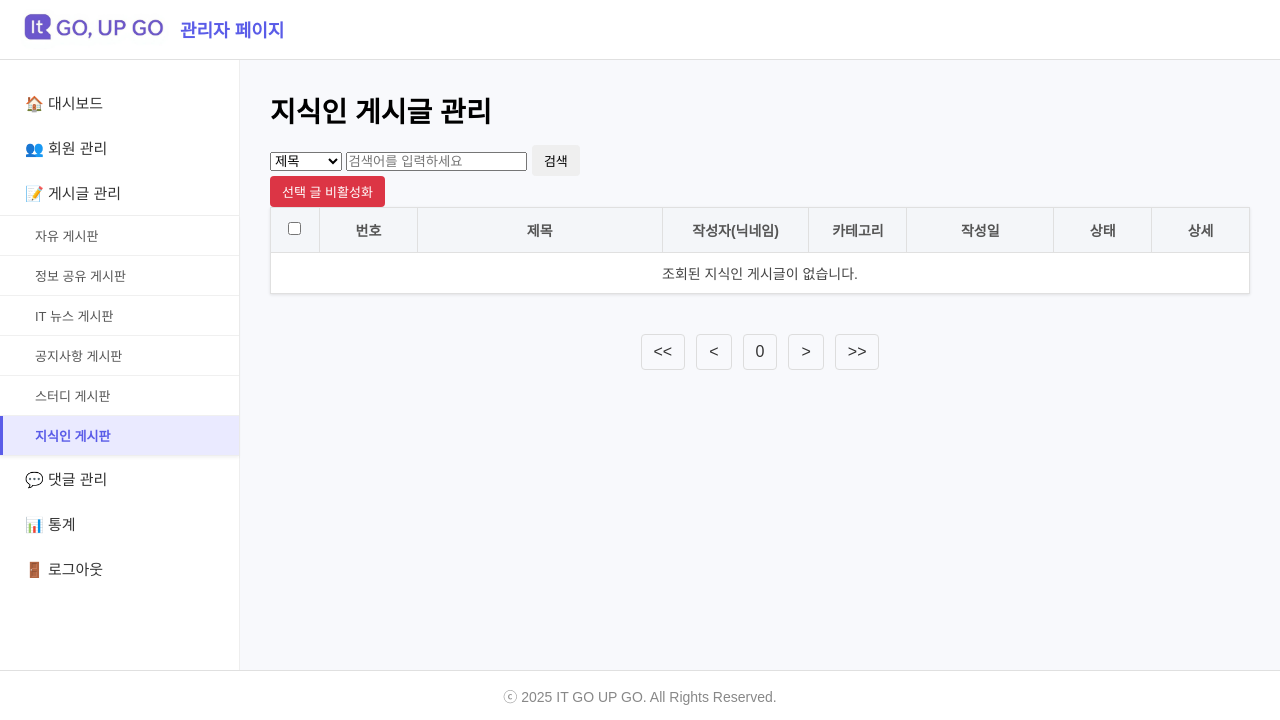
Repository: virtue5321/itgoupgo
Page: http://localhost/ITGOUPGO/WEB-INF/views/admin/knowledgeBbsManage.jsp
These files come from the project's save history. The page is drawn as it stood at one moment and after the next save; the edit follows.
The browser window is 1280 px wide. The pictures show the whole page.
The page is served by Tomcat 10. Nobody is signed in. Other server files are loaded and not shown. The template is opened directly, without the code that normally fills it, so the values that code supplies are empty.

Above is the page before, as saved 2025-10-31 04:49:17.

### ITGOUPGO/src/main/webapp/WEB-INF/views/admin/knowledgeBbsManage.jsp
<%@ page language="java" contentType="text/html; charset=UTF-8" pageEncoding="UTF-8"%>
<%@ taglib prefix="c" uri="jakarta.tags.core" %>
<%@ taglib prefix="fmt" uri="http://java.sun.com/jsp/jstl/fmt" %>

<!DOCTYPE html>

<html lang="ko">
<head>
    <meta charset="UTF-8">
    <title>관리자 - 지식인 게시판 관리</title>
    <link rel="stylesheet" href="<c:url value="/resources/css/adminStyle.css" />">
    <style>
        /* 💡 스타일은 noticeManage.jsp와 동일합니다 */
        .pagination-container {
            display: flex;
            justify-content: center;
            padding: 20px 0;
            gap: 5px;
        }
        .pagination-container a, .pagination-container span {
            padding: 8px 12px;
            text-decoration: none;
            color: #333;
            border: 1px solid #ddd;
            border-radius: 4px;
            transition: background-color 0.3s;
        }
        .pagination-container a:hover {
            background-color: #f0f0f0;
        }
        .pagination-container .active {
            background-color: #5a5ce8;
            color: white;
            border-color: #5a5ce8;
        }
        .status-text.deleted {
            color: red;
            font-weight: bold;
        }
        /* [추가] 삭제된 게시글 행 스타일 */
        .deleted-post {
            background-color: #f8f8f8;
            color: #999;
        }
        .deleted-post a, .deleted-post .status-text {
            color: #999 !important;
        }
    </style>
</head>
<body>

    <header>
        <div class="logo">
            <img src="<c:url value="/resources/images/logo1.PNG" />" width="80">
            관리자 페이지
        </div>
    </header>

    <div class="layout">
        <%-- ✅ 사이드바 --%>
        <aside class="sidebar">
            <ul>
                <li><a href="<c:url value="/admin/dashboard" />">🏠 대시보드</a></li>
                <li><a href="<c:url value="/admin/member" />">👥 회원 관리</a></li>

                <li id="postManageMenu" class="menu-open">
                    <a href="javascript:void(0);" onclick="toggleSubmenu('postManageMenu')">📝 게시글 관리</a>

                    <ul class="submenu">
                        <li><a href="<c:url value="/admin/freeBbsManage" />">자유 게시판</a></li>
                        <li><a href="<c:url value="/admin/infoBbsManage" />">정보 공유 게시판</a></li>
                        <li><a href="<c:url value="/admin/itBbsManage" />">IT 뉴스 게시판</a></li>
                        <li><a href="<c:url value="/admin/noticeBbsManage" />">공지사항 게시판</a></li>
		                <li><a href="<c:url value="/admin/studyBbsManage" />">스터디 게시판</a></li>
		                <%-- [수정] 현재 페이지 활성화 --%>
                        <li><a href="<c:url value="/admin/knowledgeBbsManage" />" class="sub-active">지식인 게시판</a></li>
                    </ul>
                </li>

                <li><a href="<c:url value="/admin/reply" />">💬 댓글 관리</a></li>
                <li><a href="<c:url value="/admin/stats" />">📊 통계</a></li>
                <li><a href="<c:url value="/admin/logout" />">🚪 로그아웃</a></li>
            </ul>
        </aside>

        <%-- ✅ 메인 컨텐츠 --%>
        <main>
            <h1 class="main-title">지식인 게시글 관리</h1>

            <div class="search-area">
                <form action="searchKnowledge" method="GET" onsubmit="return validateSearch(this);">
                    <select name="condition" class="search-select">
                        <option value="title">제목</option>
                        <option value="content">내용</option>
                        <option value="writer">작성자</option>
                        <option value="category">카테고리</option>
                    </select>
                    <input type="text" name="keyword" class="search-input" placeholder="검색어를 입력하세요">
                    <button type="submit" class="btn btn-search">검색</button>
                </form>
                <button class="btn btn-danger" onclick="deleteCheckedPosts()">선택 글 비활성화</button>
            </div>

            <form action="<c:url value="/admin/deleteKnowledgeBbsCheck" />" method="POST" id="postManageForm">
                <table class="data-table">
                    <thead>
                        <tr>
                            <th style="width: 5%;">
                                <input type="checkbox" id="selectAllCheckboxPost">
                            </th>
                            <th style="width: 10%;">번호</th>
                            <th>제목</th>
                            <th style="width: 15%;">작성자(닉네임)</th>
                            <th style="width: 10%;">카테고리</th>
                            <th style="width: 15%;">작성일</th>
                            <th style="width: 10%;">상태</th>
                            <th style="width: 10%;">상세</th>
                        </tr>
                    </thead>
                    <tbody>
                        <c:choose>
                            <c:when test="${!empty knowledgeBbsList}">
                                <c:forEach var="post" items="${knowledgeBbsList}">
                                    <tr class="${post.knowledgeDeleteStatus eq 'Y' ? 'deleted-post' : ''}">
                                        <td>
                                            <input type="checkbox" class="itemCheckboxPost" name="bbsNoList" value="${post.knowledgeNo}"
                                                   <c:if test="${post.knowledgeDeleteStatus eq 'Y'}">disabled</c:if>>
                                        </td>
                                        <td>${post.knowledgeNo}</td>
                                        <td class="text-left">
                                            <c:choose>
                                                <c:when test="${post.knowledgeDeleteStatus eq 'Y'}">
                                                    <span class="status-text deleted">[삭제됨]</span> ${post.knowledgeTitle}
                                                </c:when>
                                                <c:otherwise>
                                                    <a href="<c:url value="/knowledge/detail?no=${post.knowledgeNo}" />" class="title-link" target="_blank">
                                                        ${post.knowledgeTitle}
                                                    </a>
                                                </c:otherwise>
                                            </c:choose>
                                        </td>
                                        <td>${post.memberNick}</td>
                                        <td>${post.knowledgeCategory}</td>
                                        <td><fmt:formatDate value="${post.knowledgeCreateDate}" pattern="yyyy.MM.dd" /></td>
                                        <td>
                                            <span class="status-text ${post.knowledgeDeleteStatus eq 'Y' ? 'deleted' : 'active'}">
                                                ${post.knowledgeDeleteStatus eq 'Y' ? '[비활성]' : '[활성]'}
                                            </span>
                                        </td>
                                        <td>
                                            <button class="btn btn-sm btn-danger"
                                                    onclick="deleteSinglePost(${post.knowledgeNo})"
                                                    <c:if test="${post.knowledgeDeleteStatus eq 'Y'}">disabled</c:if>>
                                                삭제
                                            </button>
                                        </td>
                                    </tr>
                                </c:forEach>
                            </c:when>
                            <c:otherwise>
                                <tr>
                                    <td colspan="8">조회된 지식인 게시글이 없습니다.</td>
                                </tr>
                            </c:otherwise>
                        </c:choose>
                    </tbody>
                </table>
            </form>

            <div class="pagination-container">
                <c:set var="pi" value="${pageInfo}"/>
                <c:set var="pageLinkUrl" value="/admin/knowledgeBbsManage" />

                <c:choose><c:when test="${pi.currentPage le 1}"><span class="disabled">&lt;&lt;</span></c:when><c:otherwise><a href="<c:url value="${pageLinkUrl}" />?currentPage=1">&lt;&lt;</a></c:otherwise></c:choose>
                <c:choose><c:when test="${pi.currentPage le 1}"><span class="disabled">&lt;</span></c:when><c:otherwise><a href="<c:url value="${pageLinkUrl}" />?currentPage=${pi.currentPage - 1}">&lt;</a></c:otherwise></c:choose>

                <c:forEach begin="${pi.startPage}" end="${pi.endPage}" var="p">
                    <c:choose><c:when test="${pi.currentPage eq p}"><span class="active">${p}</span></c:when><c:otherwise><a href="<c:url value="${pageLinkUrl}" />?currentPage=${p}">${p}</a></c:otherwise></c:choose>
                </c:forEach>

                <c:choose><c:when test="${pi.currentPage eq pi.maxPage || pi.maxPage eq 0}"><span class="disabled">&gt;</span></c:when><c:otherwise><a href="<c:url value="${pageLinkUrl}" />?currentPage=${pi.currentPage + 1}">&gt;</a></c:otherwise></c:choose>
                <c:choose><c:when test="${pi.currentPage eq pi.maxPage || pi.maxPage eq 0}"><span class="disabled">&gt;&gt;</span></c:when><c:otherwise><a href="<c:url value="${pageLinkUrl}" />?currentPage=${pi.maxPage}">&gt;&gt;</a></c:otherwise></c:choose>
            </div>
        </main>
    </div>

    <footer>ⓒ 2025 IT GO UP GO. All Rights Reserved.</footer>

    <script>
        // 사이드바 토글 함수 (새로운 템플릿에 맞게 추가)
        function toggleSubmenu(menuId) {
            document.getElementById(menuId).classList.toggle('menu-open');
        }

        function validateSearch(form) {
            const keyword = form.keyword.value.trim();
            if (keyword === "") {
                alert("검색어를 입력해주세요.");
                return false;
            }
            return true;
        }

        function deleteCheckedPosts() {
            // 삭제되지 않은 (disabled가 아닌) 게시글의 체크박스만 선택
            const selectedCheckboxes = document.querySelectorAll('.itemCheckboxPost:checked:not(:disabled)');

            if (selectedCheckboxes.length === 0) {
                alert("삭제할 게시글을 하나 이상 선택해주세요. (이미 삭제된 게시글 제외)");
                return;
            }

            if (confirm(`선택된 게시글 ${selectedCheckboxes.length}개를 정말로 비활성화(삭제 처리)하시겠습니까?`)) {
                const formElement = document.getElementById('postManageForm');

                formElement.querySelectorAll('input[name="bbsNoList"]').forEach(input => input.remove());
                selectedCheckboxes.forEach(checkbox => {
                    const hiddenInput = document.createElement('input');
                    hiddenInput.type = 'hidden';
                    hiddenInput.name = 'bbsNoList'; // Controller의 @RequestParam 이름과 일치
                    hiddenInput.value = checkbox.value;
                    formElement.appendChild(hiddenInput);
                });
                formElement.submit();
            }
        }

        // 단일 게시글 삭제 함수
        function deleteSinglePost(knowledgeNo) {
            if (confirm(`${knowledgeNo}번 게시글을 정말 삭제(비활성화) 처리하시겠습니까?`)) {
                location.href = "<c:url value="/admin/deleteKnowledgeBbs" />?knowledgeNo=" + knowledgeNo;
            }
        }

        document.addEventListener('DOMContentLoaded', (event) => {
            const selectAllCheckbox = document.getElementById('selectAllCheckboxPost');
            // 삭제된 게시글 제외한 체크박스만 대상으로 함
            const itemCheckboxes = document.querySelectorAll('.itemCheckboxPost:not(:disabled)');

            if (selectAllCheckbox) {
                selectAllCheckbox.addEventListener('change', function() {
                    itemCheckboxes.forEach(checkbox => {
                        checkbox.checked = this.checked;
                    });
                });
            }

            itemCheckboxes.forEach(checkbox => {
                checkbox.addEventListener('change', () => {
                    const checkedItems = document.querySelectorAll('.itemCheckboxPost:checked:not(:disabled)').length;
                    const totalItems = itemCheckboxes.length;

                    if (!checkbox.checked) {
                        if (selectAllCheckbox) selectAllCheckbox.checked = false;
                    } else if (checkedItems === totalItems) {
                        if (selectAllCheckbox) selectAllCheckbox.checked = true;
                    }
                });
            });

            // 게시글 관리 메뉴 열린 상태 유지 (새로운 템플릿에 맞게 추가)

### ITGOUPGO/src/main/webapp/resources/css/adminStyle.css
* {
  margin: 0;
  padding: 0;
  box-sizing: border-box;
  font-family: "Noto Sans KR", sans-serif;
}

body {
  display: flex;
  flex-direction: column;
  height: 100vh;
  background-color: #f8f9fc;
}

/* -------------------- 1. 헤더 (로고 크기 조정 포함) -------------------- */
header {
  display: flex;
  align-items: center;
  justify-content: start;
  height: 60px;
  background-color: #ffffff;
  border-bottom: 1px solid #e0e0e0;
  padding: 0 20px;
}

header .logo {
  display: flex;
  align-items: center;
  gap: 10px;
  font-weight: 700;
  font-size: 18px;
  color: #5a5ce8;
}

header .logo img {
  width: 150px;
  height: auto;
  vertical-align: middle;
}

/* -------------------- 2. 레이아웃 및 사이드바 -------------------- */
.layout {
  flex: 1;
  display: flex;
  overflow: hidden;
}

/* 사이드바 */
aside.sidebar {
  width: 240px;
  background: #fff;
  border-right: 1px solid #eee;
  display: flex;
  flex-direction: column;
  align-items: center;
  padding-top: 20px;
}

.sidebar ul {
  list-style: none;
  width: 100%;
  padding: 0;
  margin: 0;
}

.sidebar li {
  width: 100%;
  text-align: left;
  position: relative;
}

.sidebar a {
  display: flex;
  align-items: center;
  gap: 10px;
  width: 100%;
  padding: 12px 25px;
  font-size: 15px;
  color: #333;
  text-decoration: none;
  cursor: pointer;
  transition: background 0.2s, color 0.2s;
}

/* 마우스 오버 시 효과 */
.sidebar a:hover {
  background-color: #f3f4f6;
  color: #5a5ce8;
}

/* 활성화된 항목 스타일 */
.sidebar a.active {
  background-color: #eaeaff;
  color: #5a5ce8;
  font-weight: 600;
}

/* -------------------- 3. 메인 콘텐츠 및 푸터 -------------------- */
main {
  flex: 1;
  padding: 30px;
  overflow-y: auto;
}

main h1 {
  font-size: 28px;
  font-weight: 700;
  margin-bottom: 15px;
}

/* 푸터 */
footer {
  height: 50px;
  background-color: #ffffff;
  border-top: 1px solid #e0e0e0;
  display: flex;
  align-items: center;
  justify-content: center;
  color: #888;
  font-size: 14px;
}


/* -------------------- 4. 테이블 및 버튼 스타일 -------------------- */
table {
    width: 100%;
    border-collapse: collapse;
    background: white;
    box-shadow: 0 1px 3px rgba(0,0,0,0.1);
}

table th {
    background-color: #f4f6f9;
    color: #555;
    font-weight: 600;
    padding: 12px 10px;
    border: 1px solid #e0e0e0;
    text-align: center;
    font-size: 14px;
}

table td {
    padding: 10px;
    border: 1px solid #e0e0e0;
    text-align: center;
    font-size: 14px;
    color: #444;
}

table tbody tr:nth-child(even) {
    background-color: #fcfdff;
}
table tbody tr:hover {
    background-color: #f0f7ff;
}

table td a {
    color: #5a5ce8;
    text-decoration: none;
}
table td a:hover {
    text-decoration: underline;
}

.btn {
    padding: 6px 12px;
    border-radius: 4px;
    cursor: pointer;
    font-size: 13px;
    font-weight: 500;
    border: none;
    transition: background-color 0.2s;
}

.btn-danger {
    background-color: #dc3545;
    color: white;
}
.btn-danger:hover {
    background-color: #c82333;
}

/* 페이지네이션 스타일 */
.pagination-container {
    margin-top: 20px;
    text-align: center;
}
.pagination-container a, .pagination-container span {
    display: inline-block;
    text-decoration: none;
    padding: 8px 12px;
    border: 1px solid #ccc;
    border-radius: 4px;
    margin: 0 3px;
    color: #5a5ce8;
}
.pagination-container .active {
    background: #5a5ce8;
    color: white;
    border-color: #5a5ce8;
    font-weight: 600;
}
.pagination-container a:hover:not(.active) {
    background-color: #f3f4f6;
}

/* -------------------- 5. 드롭다운 서브메뉴 스타일 (수정됨) -------------------- */

.submenu {
    list-style: none;
    padding-left: 0;
    margin: 0;
    max-height: 0;
    overflow: hidden;
    transition: max-height 0.3s ease-out;
    background-color: #FFFFFF; /* ✅ [수정] 배경색 흰색으로 변경 */
    border-top: 1px solid #eee; /* 드롭다운 시작 선 */
    border-bottom: 1px solid #eee; /* 드롭다운 끝 선 */
    box-shadow: 0 2px 3px rgba(0,0,0,0.05); /* 약간의 그림자 추가 */
}

.sidebar ul li.menu-open .submenu {
    max-height: 500px;
    transition: max-height 0.5s ease-in;
}

/* 서브 메뉴 li 항목에 하단 선 추가 */
.submenu li {
    border-bottom: 1px solid #f0f0f0; /* ✅ [추가] 각 항목 구분선 */
}
.submenu li:last-child {
    border-bottom: none; /* 마지막 항목의 구분선 제거 */
}


.submenu a {
    padding: 10px 25px 10px 35px;
    font-size: 13px; /* ✅ [수정] 글자 크기 작게 변경 */
    color: #555; /* 글자색은 진한 회색으로 변경 */
    gap: 0;
}

.submenu a:hover {
    color: #5a5ce8; /* 호버 시 메인 강조색 */
    background-color: #f3f4f6; /* 메인 메뉴 호버색과 통일 */
}

/* 활성화된 서브 메뉴 링크: 메인 활성화 색상과 동일한 원리로 설정 */
.submenu a.sub-active {
    color: #5a5ce8;
    font-weight: 600;
    background-color: #eaeaff; /* 메인 활성화 배경색과 통일 */
    border-left: 3px solid #5a5ce8; /* 강조를 위한 왼쪽 선 추가 */
    padding-left: 32px; /* 왼쪽 선 추가로 인해 들여쓰기 조정 */
}

After the next save:
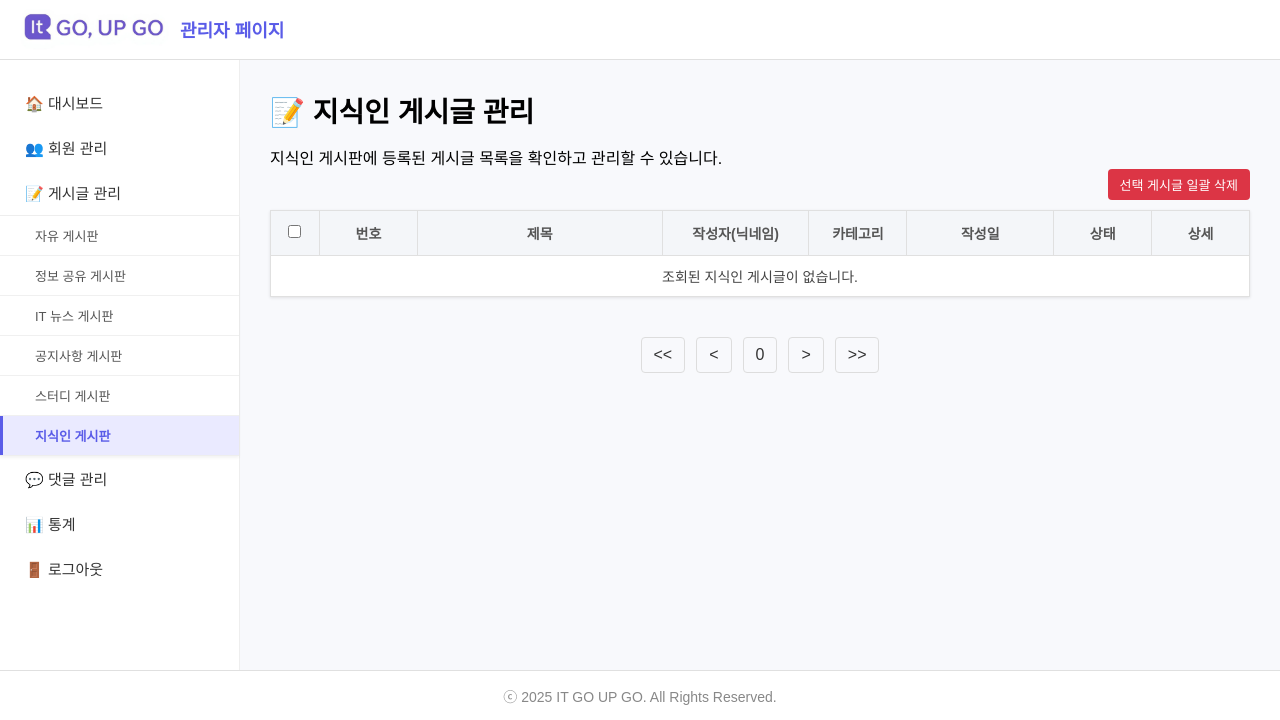
Saved 10 s later.
--- a/ITGOUPGO/src/main/webapp/WEB-INF/views/admin/knowledgeBbsManage.jsp
+++ b/ITGOUPGO/src/main/webapp/WEB-INF/views/admin/knowledgeBbsManage.jsp
@@ -57,7 +57,7 @@
     </header>
 
     <div class="layout">
-        <%-- ✅ 사이드바 --%>
+        <%-- ✅ 사이드바: 지식인 게시판 활성화 --%>
         <aside class="sidebar">
             <ul>
                 <li><a href="<c:url value="/admin/dashboard" />">🏠 대시보드</a></li>
@@ -73,7 +73,7 @@
                         <li><a href="<c:url value="/admin/noticeBbsManage" />">공지사항 게시판</a></li>
 		                <li><a href="<c:url value="/admin/studyBbsManage" />">스터디 게시판</a></li>
 		                <%-- [수정] 현재 페이지 활성화 --%>
-                        <li><a href="<c:url value="/admin/knowledgeBbsManage" />" class="sub-active">지식인 게시판</a></li>
+                        <li class="sub-active"><a href="<c:url value="/admin/knowledgeBbsManage" />" class="sub-active">지식인 게시판</a></li>
                     </ul>
                 </li>
 
@@ -85,20 +85,14 @@
 
         <%-- ✅ 메인 컨텐츠 --%>
         <main>
-            <h1 class="main-title">지식인 게시글 관리</h1>
-
-            <div class="search-area">
-                <form action="searchKnowledge" method="GET" onsubmit="return validateSearch(this);">
-                    <select name="condition" class="search-select">
-                        <option value="title">제목</option>
-                        <option value="content">내용</option>
-                        <option value="writer">작성자</option>
-                        <option value="category">카테고리</option>
-                    </select>
-                    <input type="text" name="keyword" class="search-input" placeholder="검색어를 입력하세요">
-                    <button type="submit" class="btn btn-search">검색</button>
-                </form>
-                <button class="btn btn-danger" onclick="deleteCheckedPosts()">선택 글 비활성화</button>
+            <h1>📝 지식인 게시글 관리</h1>
+            <p>지식인 게시판에 등록된 게시글 목록을 확인하고 관리할 수 있습니다.</p>
+
+            <form id="bulkDeleteForm" action="<c:url value="/admin/deleteKnowledgeBbsCheck" />" method="POST" style="display:none;"></form>
+
+            <%-- [수정] 일괄 삭제 버튼 위치 및 문구 통일 --%>
+            <div style="display:flex; justify-content:flex-end; margin-bottom:10px;">
+                <button class="btn btn-danger" onclick="deleteCheckedPosts()">선택 게시글 일괄 삭제</button>
             </div>
 
             <form action="<c:url value="/admin/deleteKnowledgeBbsCheck" />" method="POST" id="postManageForm">
@@ -192,14 +186,7 @@
             document.getElementById(menuId).classList.toggle('menu-open');
         }
 
-        function validateSearch(form) {
-            const keyword = form.keyword.value.trim();
-            if (keyword === "") {
-                alert("검색어를 입력해주세요.");
-                return false;
-            }
-            return true;
-        }
+        // [제거] validateSearch 함수 제거됨
 
         function deleteCheckedPosts() {
             // 삭제되지 않은 (disabled가 아닌) 게시글의 체크박스만 선택
@@ -213,6 +200,7 @@
             if (confirm(`선택된 게시글 ${selectedCheckboxes.length}개를 정말로 비활성화(삭제 처리)하시겠습니까?`)) {
                 const formElement = document.getElementById('postManageForm');
 
+                // 기존 히든 인풋 제거
                 formElement.querySelectorAll('input[name="bbsNoList"]').forEach(input => input.remove());
                 selectedCheckboxes.forEach(checkbox => {
                     const hiddenInput = document.createElement('input');
@@ -259,3 +247,12 @@
             });
 
             // 게시글 관리 메뉴 열린 상태 유지 (새로운 템플릿에 맞게 추가)
+            const postManageMenu = document.getElementById('postManageMenu');
+            if (postManageMenu && !postManageMenu.classList.contains('menu-open')) {
+                 postManageMenu.classList.add('menu-open');
+            }
+        });
+    </script>
+
+</body>
+</html>
